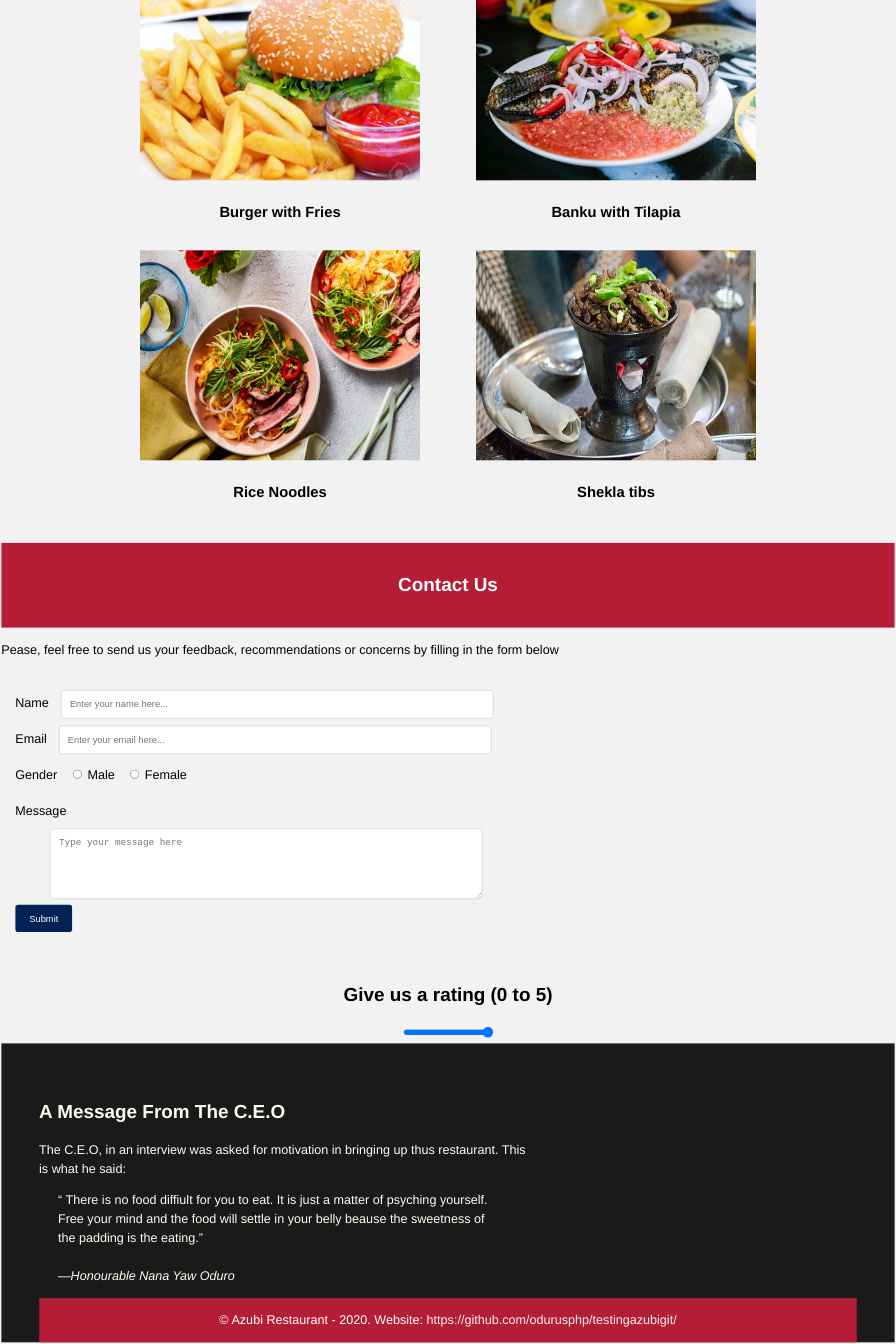
Repository: odurusphp/testingazubigit
Page: Fortune/FortunatusWulnye.html
These files come from the project's save history. The page is drawn as it stood at one moment and after the next save; the edit follows.
The browser window is 1280 px wide. The pictures show the part of the page from y = 2711 to 4631 px (the page is 4631 px tall before and 4595 px after), at 70% of full size.

Above is the page before, as saved 2020-08-05 21:59:09.

### Fortune/FortunatusWulnye.html
<!--COMMENTS THAT ARE MINE ARE WRITTEN IN CAPITAL LETTERS-->
<!--THE GENERAL STRUCTURE OF THE PAGE IS GOOD WITH THE INDENTATION TOO-->
<!--THE CLASSES THAT YOU IMPLEMENTED TOO ARE GREAT KEEP IT UP-->
<!DOCTYPE html>
<html lang="en">

<head>

    <meta charset="UTF-8" />
    <meta name="viewport" content="width=device-width, initial-scale=1.0" />
    <title>The Azubi Restaurant</title>
    <meta name="descrition" content="A website for Azubi restaurant">
    <meta name="author" content="Fortunatus Aabangbio Wulnye">
    <link rel="stylesheet" href="css/style.css">

</head>

<body>

    <header class="main-header">
        <div class="brand">
            <h1 class="site-title"><a href="#">THE AZUBI RESTAURANT</a></h1>
        </div>
    </header>

    <main class="main-container">
        <section class="about-main">

            <aside class="about-text">
                <div class="about-header">
                    <h2>About the restaurant</h2>
                </div>
                <p>
                    The Azubi Restaurant is a German-based restaurant which provides
                    it's customers with both <br />
                    local and continental dishes. It's headquarters is in Bielefeld in
                    Germany. Lorem ipsum dolor sit amet consectetur adipisicing elit. Libero quibusdam pariatur iste
                    assumenda iure laudantium placeat deserunt soluta neque voluptatum eaque, vitae magni ab ullam
                    consequatur reprehenderit harum modi esse.
                </p>
            </aside>

            <div class="about-fig">
                <p>The image below is an interior view of the restaurant with a caption.</p>
                <figure>
                    <img src="images/FortununatusWulnyeRestaurant.jpg" alt="Azubi Restaurant" /> <br>
                    <figcaption>The Azubi Restaurant</figcaption>
                </figure>
            </div>

        </section>

        <section class="main-branches">
            <div class="branches-header">
                <h2>Branches Worldwide</h2>
            </div>

            <div class="branches">
                <p>You will find all the various branches grouped under the countries:</p>
                <dl>
                    <div class="ghana">
                        <figure class="branch-img">
                            <a href="">
                                <img src="images/ghana-flag.png" />
                            </a>
                            <figcaption>
                                <dt class="country">
                                    <h3>Ghana</h3>
                                </dt>
                                <div class="location">
                                    <dd><a href="#">Adenta - Accra</a></dd>
                                    <dd><a href="#">Tishegu - Tamale</a></dd>
                                    <dd><a href="#">Santasi - Kumasi</a></dd>
                                </div>
                            </figcaption>
                        </figure>
                    </div>

                    <div class="ethiopia">
                        <figure class="branch-img">
                            <a href="">
                                <img src="images/ethiopia-flag.jpg" />
                            </a>
                            <figcaption>
                                <dt class="country">
                                    <h3>Ethiopia</h3>
                                </dt>
                                <div class="location">
                                    <dd><a href="#">Sodo</a></dd>
                                    <dd><a href="#">Harar</a></dd>
                                </div>
                            </figcaption>
                        </figure>
                    </div>


                    <div class="afghanistan">
                        <figure class="branch-img">
                            <a href="">
                                <img src="images/afg-flag.png" />
                            </a>
                            <figcaption>
                                <dt class="country">
                                    <h3>Afghanistan</h3>
                                </dt>
                                <div class="location">
                                    <dd><a href="#">Herat</a></dd>
                                    <dd><a href="#">Khost</a></dd>
                                </div>
                            </figcaption>
                        </figure>
                    </div>

                </dl>
            </div>

        </section>

        <section class="menus">
            <h2>Menus Available</h2>
            <p>The Azubi Restaurant provides both local and continental dishes. Some of which include:</p>
            <ul>
                <div class="menu-img">
                    <figure>
                        <a href="#"> <img src="images/jollof.jpg" alt="Jollof Rice with Chicken and Sausage"></a>
                        <figcaption>
                            <li><a href="#">
                                    <h3>Jollof with Chicken & Sausage</h3>
                                </a> </li>
                        </figcaption>
                    </figure>
                </div>
                <div class="menu-img">
                    <figure>
                        <a href="#"> <img src="images/apapransa.jpg" alt="Apapransa"></a>
                        <figcaption>
                            <li><a href="#">
                                    <h3>Apapransa</h3>
                                </a></li>
                        </figcaption>
                    </figure>
                </div>
                <div class="menu-img">
                    <figure>
                        <a href="#"> <img src="images/burger_with_fries.jpg" alt="Burger with Fries"></a>
                        <figcaption>
                            <li><a href="#">
                                    <h3>Burger with Fries</h3>
                                </a></li>
                        </figcaption>
                    </figure>
                </div>
                <div class="menu-img">
                    <figure>
                        <a href="#"> <img src="images/banku_with_tilapia.jpg" alt="Banku with Tilapia"></a>
                        <figcaption>
                            <li><a href="">
                                    <h3>Banku with Tilapia</h3>
                                </a></li>
                        </figcaption>
                    </figure>
                </div>

                <div class="menu-img">
                    <figure>
                        <a href="#"> <img src="images/Rice-Noodle-Red-Curry-Bowls-with-Steak-and-cabbage.jpg"
                                alt="Rice-Noodle-Red-Curry-Bowls-with-Steak-and-cabbage"></a>
                        <figcaption>
                            <li><a href="">
                                    <h3>Rice Noodles</h3>
                                </a></li>
                        </figcaption>
                    </figure>
                </div>

                <div class="menu-img">
                    <figure>
                        <a href="#"> <img src="images/shekla-tibs.jpg" alt="Sliced meat served in a clay dish"></a>
                        <figcaption>
                            <li><a href="">
                                    <h3>Shekla tibs</h3>
                                </a></li>
                        </figcaption>
                    </figure>
                </div>
            </ul>
        </section>

        <div class="Contact-us">
            <div class="contact-us-header">
                <h2>Contact Us</h2>
            </div>
            <p>Pease, feel free to send us your feedback, recommendations or concerns by filling in the form below</p>
            <div class="form-container">
                <form action="" method="POST">
                    <label for="fname">Name</label>
                    <input type="text" name="fname" placeholder="Enter your name here..." required> <br>

                    <label for="email">Email</label>
                    <input type="text" name="email" placeholder="Enter your email here..." required> <br>

                    <label for="gender">Gender</label>
                    <input type="radio" id="male" value="male">
                    <label for="gender">Male</label>
                    <input type="radio" id="female" value="female">
                    <label for="gender">Female</label> <br>
                    <div class="messsage">
                        <label for="subject">Message</label> <br>
                        <textarea name="message" id="" cols="20" rows="5" placeholder="Type your message here"
                            class="msg"></textarea>
                    </div>

                    <input type="submit" value="Submit" /><br>
                </form>
            </div>

        </div>
        <br>
        <div class="rating">
            <h2>Give us a rating (0 to 5)</h2>
            <div class="slider">
                <input type="range" min="0" max="5" value="50">
            </div>
        </div>

    </main>

    <footer class="footer">
        <div class="ceomessage">
            <h2>A Message From The C.E.O</h2>
            <P>The C.E.O, in an interview was asked for motivation in bringing up thus restaurant. This<br> is what he
                said:
            <blockquote> <q> There is no food diffiult for you to eat. It is just a matter of psyching yourself.<br>
                    Free your mind and the food
                    will settle in your belly beause the sweetness of <br> the padding is the eating.</q><br> <br>
                &mdash;<cite>Honourable Nana Yaw Oduro</cite>
            </blockquote>
            </P>
        </div>

        <div class="footer-link">
            &copy; Azubi Restaurant - 2020. Website: <a
                href="https://github.com/odurusphp/testingazubigit/">https://github.com/odurusphp/testingazubigit/</a>
        </div>
    </footer>

</body>

</html>

### Fortune/css/style.css
* {
  box-sizing: border-box;
}

html {
  font-family: sans-serif;
  -webkit-text-size-adjust: 100%;
  -ms-text-size-adjust: 100%;
  justify-content: center;
  align-items: middle;
}
body {
  margin: 0;
  background-color: hsl(0, 0%, 95%);
  padding: 0.1em;
  font-family: "Source Sans Pro", "Helvetica", Arial, sans-serif;
  font-size: 18px;
  line-height: 1.5;
}

/*--------------------------------------------------------------
Header styles
--------------------------------------------------------------*/

.main-header {
  padding: 1em 0;
  background-color: #002254;
}

.brand {
  /* padding: 70px 0; */
  text-align: center;
  border: "0.5rem solid pink";
}
.site-title a {
  text-decoration: none;
  color: #fff;
}

.about-main {
  display: flex;
}

.about-header {
  text-align: center;
}

.about-text {
  display: flex;
  flex-direction: column;
  justify-content: center;
}

.about-fig {
  display: flex;
  flex-direction: column;
  justify-content: center;
  text-align: center;
}

.about-fig img {
  display: block;
  border: 0;
  width: 80%;
  height: 80%;
}

.main-container {
  border-radius: 2px;
}

.branches-header {
  padding: 0.5em 0.5em;
  background-color: #b51c35;
  text-align: center;
  border: "0.5rem solid pink";
  text-decoration: none;
  color: #fff;
  font-size: 24px;
}

.branches img {
  width: 400px;
  height: 300px;
}

dl {
  display: flex;
  flex-wrap: wrap;
  margin: 3em auto 2em;
  padding: 0;
  justify-content: center;
}

.country h3 {
  text-align: center;
}

dd a {
  text-decoration: none;
  line-height: 1.6em;
  color: #000;
}

dd a:hover {
  color: #002254;
}
dd a:active {
  color: green;
}

.menus::before {
  display: block;
  height: 4em;
  content: "";
  background: #002254 url("../images/square_bg.svg") repeat;
}

.menus h2 {
  text-align: center;
  font-size: 40px;
  font-weight: bold;
}

.menus img {
  width: 400px;
  height: 300px;
}

.menu-img a {
  text-decoration: none;
  text-align: center;
  color: #000;
}

ul {
  display: flex;
  flex-wrap: wrap;
  margin: 3em auto 2em;
  padding: 0;
  justify-content: center;
  list-style: none;
}

.contact-us {
  justify-content: center;
  text-align: center;
}

.contact-us-header {
  background-color: #b51c35;
  text-align: center;
  color: #fff;
  padding: 1em 0;
}
.contact-us aside,
figcaption,
figure,
footer,
header,
main,
section {
  display: block;
}

.form-container {
  border-radius: 5px;
  background-color: #f2f2f2;
  padding: 20px;
}

label {
  padding: 12px 12px 12px 0;
  display: inline-block;
}

input[type="text"],
select,
textarea {
  width: 50%;
  padding: 12px;
  border: 1px solid #ccc;
  border-radius: 4px;
  resize: vertical;
}

input[type="submit"] {
  background-color: #002254;
  color: white;
  padding: 12px 20px;
  border: none;
  border-radius: 4px;
  cursor: pointer;
}

input[type="submit"]:hover {
  background-color: #45a049;
}

.msg {
  margin-left: 4%;
}
a:active,
a:hover {
  outline: 0;
}

b,
strong {
  font-weight: bold;
}

p {
  display: block;
  margin-block-start: 1em;
  margin-block-end: 1em;
  margin-inline-start: 0px;
  margin-inline-end: 0px;
}

h1 {
  font-size: 2em;
  margin: 0.67em 0;
}

input::-moz-focus-inner {
  border: 0;
  padding: 0;
}

blockquote {
  margin: 0 1.5em;
}

.rating {
  text-align: center;
}
.footer {
  padding: 3em 3em 0;
  background: hsl(0, 0%, 10%);
  color: #fffced;
}
.ceomessage {
  background-color: hsl(0, 0%, 10%);
  color: #fffced;
}

.footer-link {
  background-color: #b51c35;
  text-align: center;
  color: #fff;
  padding: 1em 0;
}

.footer-link a {
  text-decoration: none;
  color: #f2f2f2;
}

After the next save:
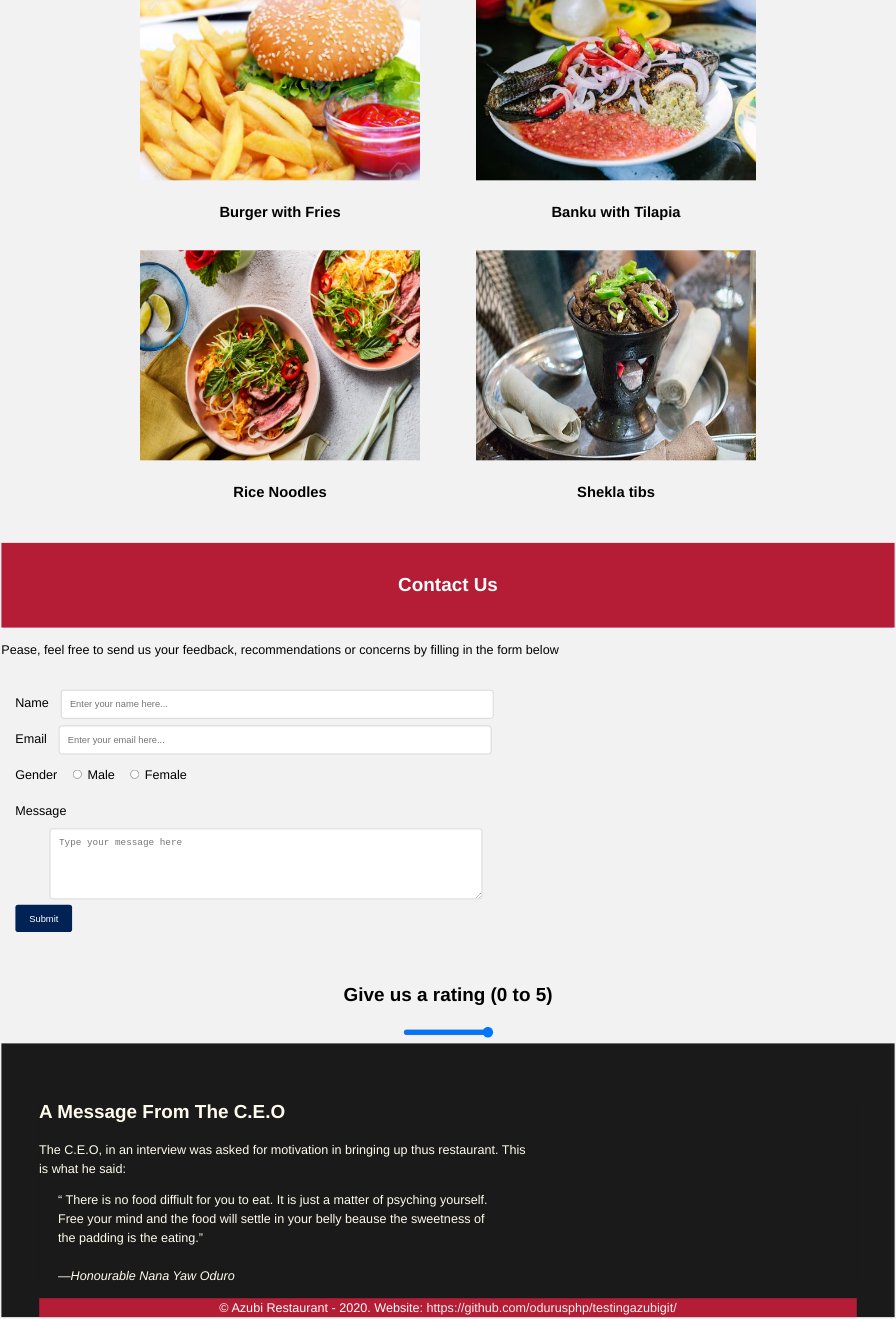
Saved 28 s later.
--- a/Fortune/css/style.css
+++ b/Fortune/css/style.css
@@ -249,7 +249,6 @@
   background-color: #b51c35;
   text-align: center;
   color: #fff;
-  padding: 1em 0;
 }
 
 .footer-link a {

After the save that followed:
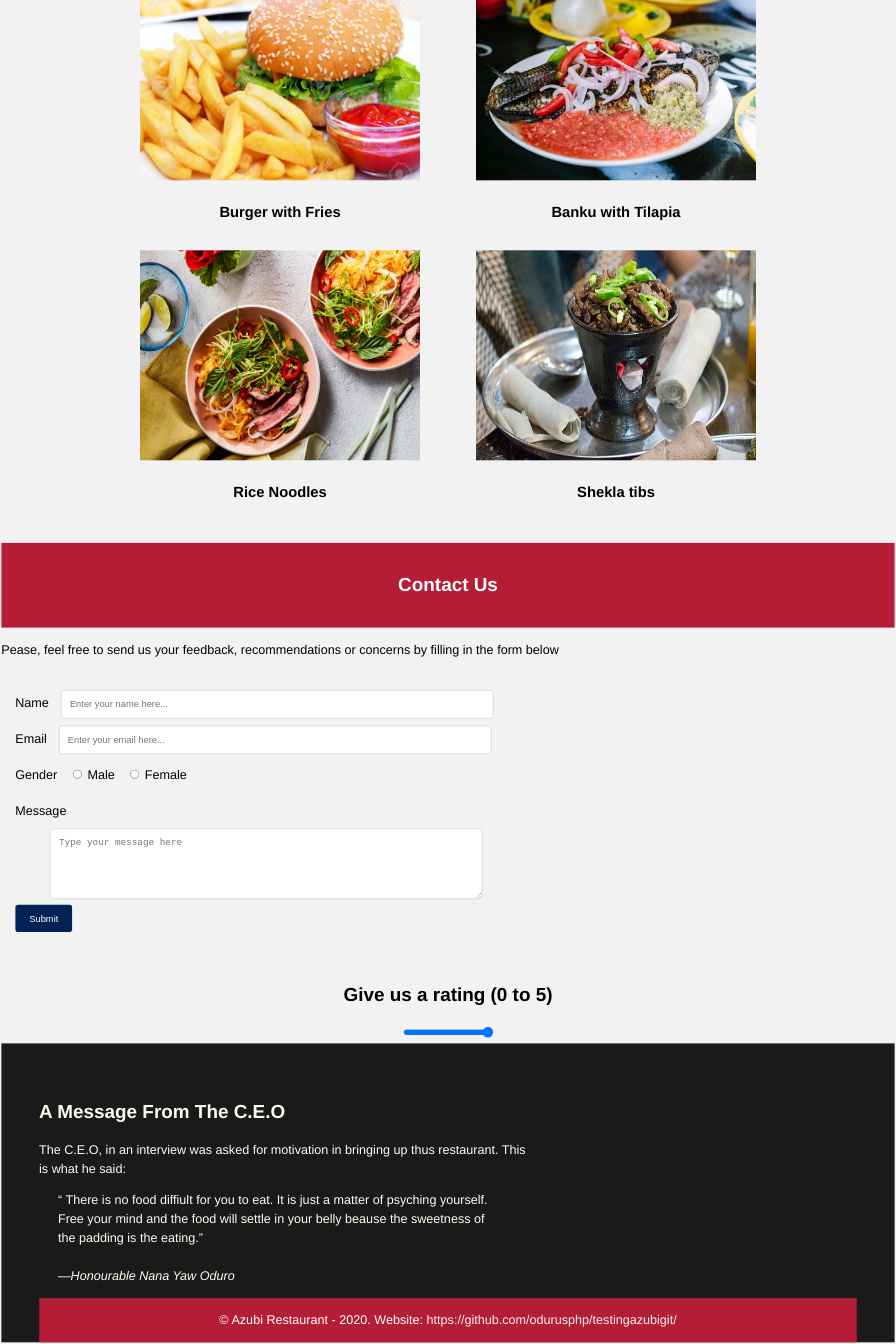
Saved 5 s later.
--- a/Fortune/css/style.css
+++ b/Fortune/css/style.css
@@ -249,6 +249,7 @@
   background-color: #b51c35;
   text-align: center;
   color: #fff;
+  padding: 1em 0;
 }
 
 .footer-link a {
